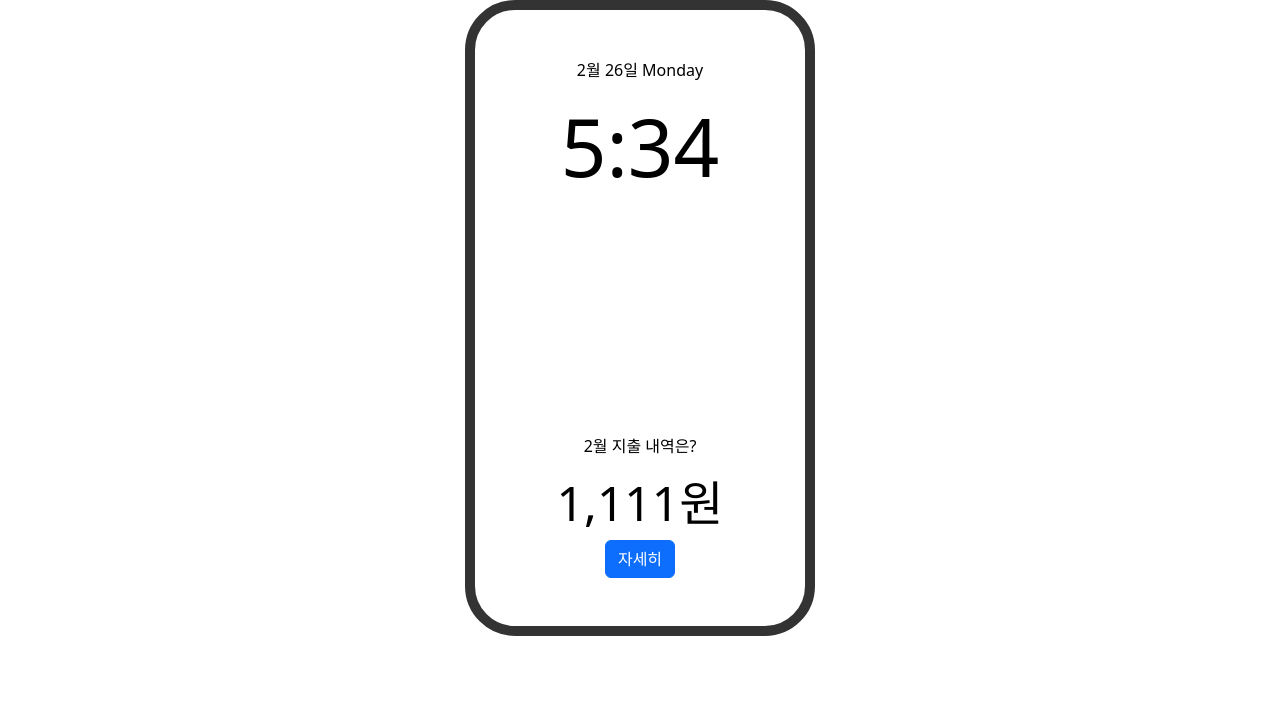
Repository: kimSummerrain/KairosHackathon
Page: venvs/karios/templates/startscreen3.html
These files come from the project's save history. The page is drawn as it stood at one moment and after the next save; the edit follows.
The browser window is 1280 px wide. The pictures show the whole page.

Above is the page before, as saved 2024-02-26 19:19:29.

After the next save:
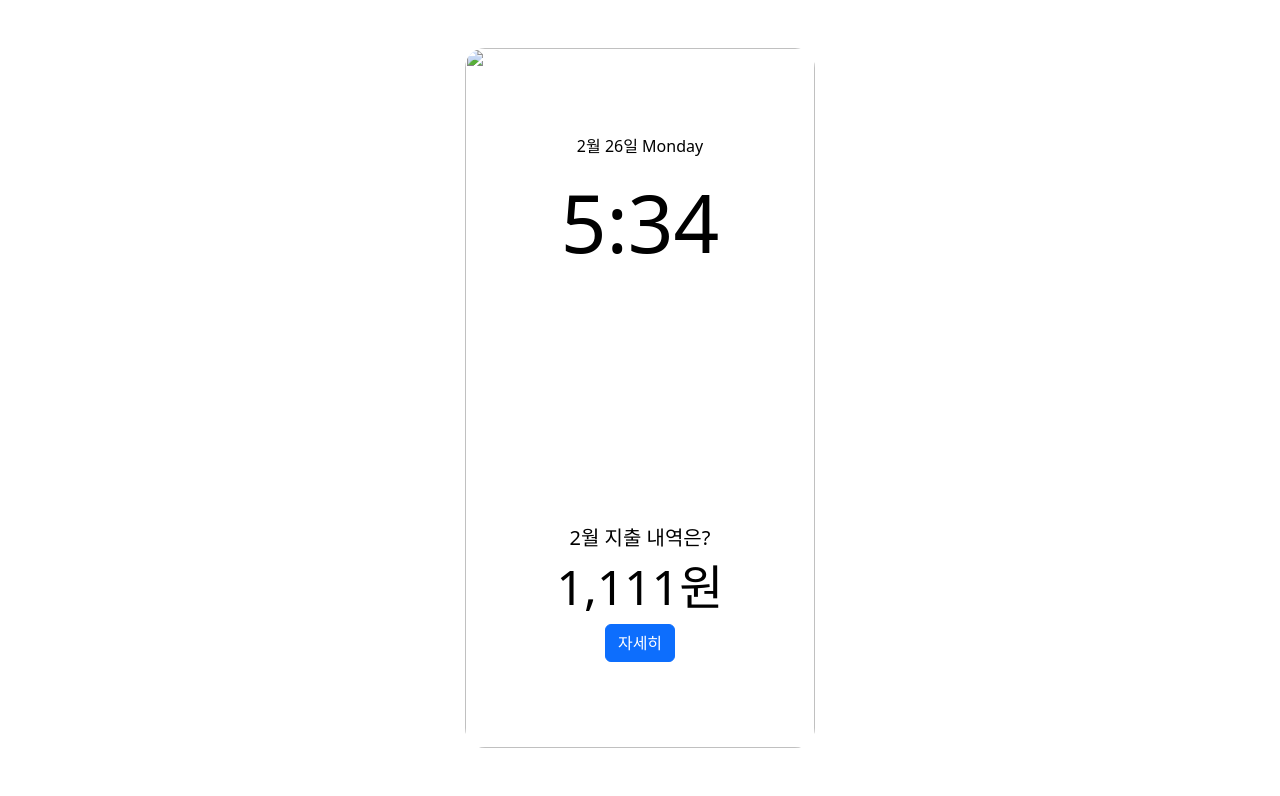
Not found: venvs/karios/templates/smartphone.png
Saved 34 s later.
--- a/venvs/karios/templates/startscreen3.html
+++ b/venvs/karios/templates/startscreen3.html
@@ -43,19 +43,42 @@
         };
     </script>
     <style>
-        .rounded-rectangle-2 {
+        /* 이미지 스타일 */
+        .container-img {
+            position: relative;
+            /* 상대 위치 지정 */
+            display: inline-block;
+            /* 인라인 블록 요소로 지정하여 텍스트와 이미지를 함께 표시 */
+        }
+
+        .container-img img {
             width: 350px;
-            height: 750;
-            background-color: #ffffff;
-            border-radius: 50px;
-            margin: 0px auto 0;
-            padding: 20px;
-            text-align: center;
-            border: 10px solid #333;
-            position: relative;
-            /* 포지션을 상대위치로 설정하여 겹치게 함 */
-            z-index: -1;
-            /* 겹치는 요소의 순서를 지정 */
+            /* 이미지 너비 350px로 고정 */
+            height: 700px;
+            /* 이미지 높이 750px로 고정 */
+            border-radius: 20px;
+            /* 둥근 모서리 적용 */
+        }
+
+        .text-overlay {
+            position: absolute;
+            /* 절대 위치 지정 */
+            top: 0;
+            /* 위에서부터 위치 지정 */
+            left: 0;
+            /* 왼쪽에서부터 위치 지정 */
+            width: 100%;
+            /* 부모 요소의 너비와 동일하게 지정 */
+            height: 100%;
+            /* 부모 요소의 높이와 동일하게 지정 */
+            display: flex;
+            /* Flexbox 사용하여 내부 요소를 가로로 정렬 */
+            flex-direction: column;
+            /* 세로 방향으로 요소 정렬 */
+            justify-content: center;
+            /* 수직 가운데 정렬 */
+            align-items: center;
+            /* 수평 가운데 정렬 */
         }
 
         h1 {
@@ -64,7 +87,6 @@
 
         h2 {
             font-size: 3em;
-
         }
 
         .margin-top {
@@ -74,16 +96,20 @@
 </head>
 
 <body>
-    <div class="container-fluid p-5 bg-white text-black text-center rounded-rectangle-2">
-        <p id="date"></p>
-        <h1 id="time"></h1>
-        <h1 class="margin-top"></h1>
-        <p id="month"></p>
-        <h2>1,111원</h1>
+    <div class="container-fluid p-5 bg-white text-black text-center ">
+        <div class="container-img">
+            <img src="smartphone.png" alt="">
+            <div class="text-overlay">
+                <p id="date"></p>
+                <h1 id="time"></h1>
+                <h1 class="margin-top"></h1>
+                <h5 id="month"></h5>
+                <h2>1,111원</h2>
+                <button class="btn btn-primary">자세히</button>
+            </div>
+        </div>
 
-            <button class="btn btn-primary">자세히</button>
     </div>
-
 </body>
 
 </html>

After the 3 saves that followed:
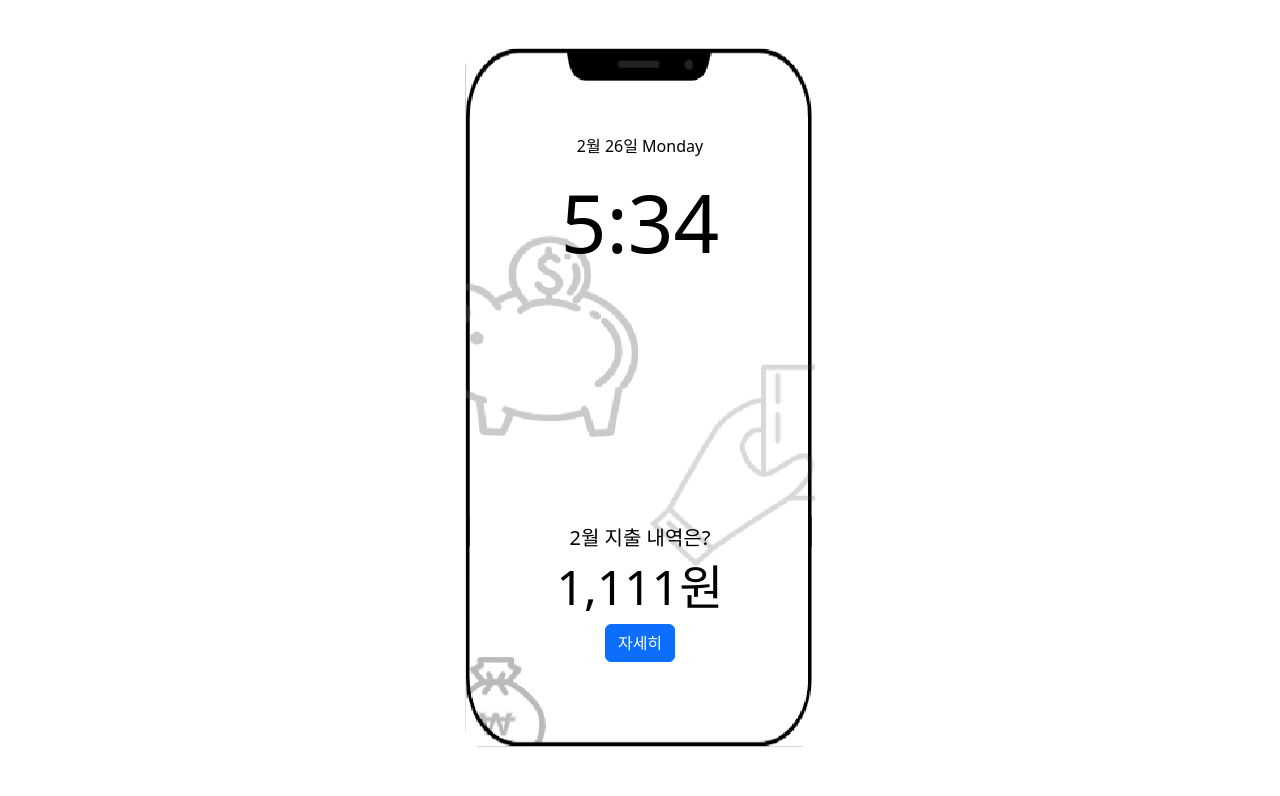
The 3 saves are shown as one change because 2 left the picture as it was.
The last was saved 2 min 7 s later.
--- a/venvs/karios/templates/startscreen3.html
+++ b/venvs/karios/templates/startscreen3.html
@@ -98,7 +98,7 @@
 <body>
     <div class="container-fluid p-5 bg-white text-black text-center ">
         <div class="container-img">
-            <img src="smartphone.png" alt="">
+            <img src="static/smartphone.png" alt="">
             <div class="text-overlay">
                 <p id="date"></p>
                 <h1 id="time"></h1>
